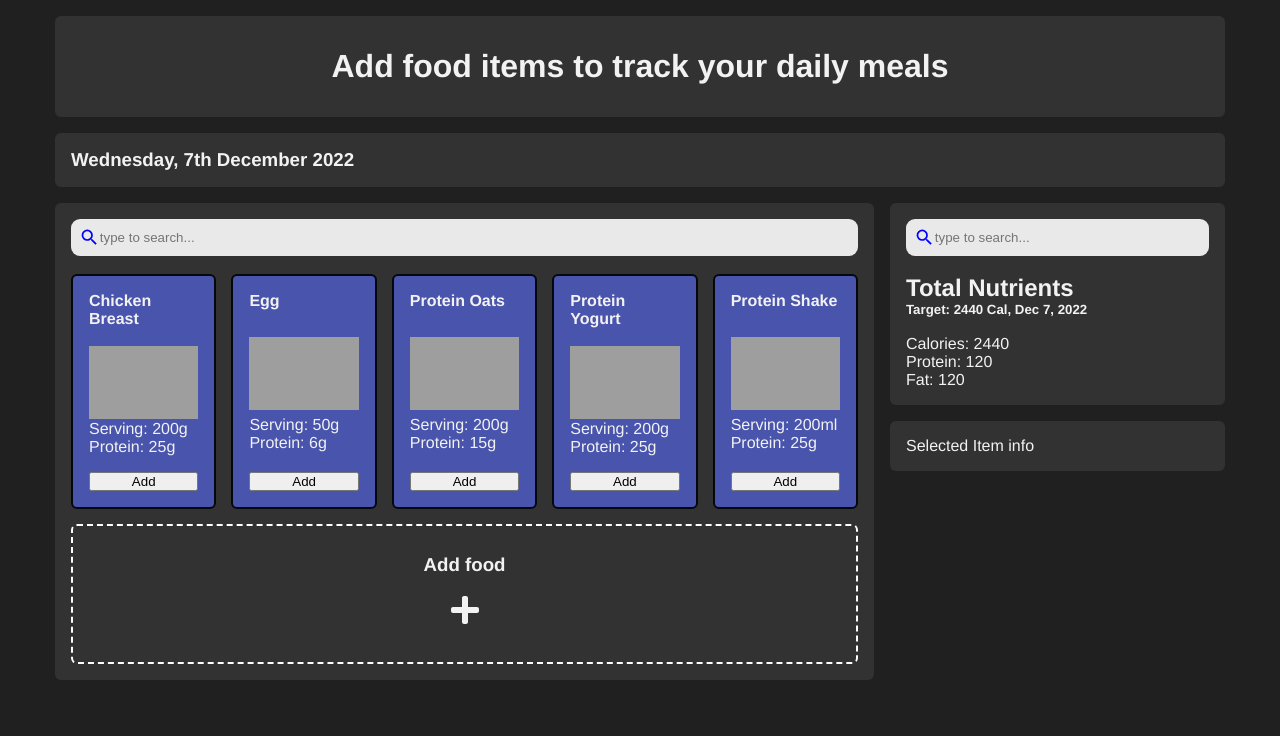
Repository: CEEPREL/NutritionTracker
Page: /
An editor plug-in stored every save of this project. The page is shown before and after the next save, followed by the edit.
The browser window is 1280 px wide. The pictures show the whole page.
Pictures or frames that could not be fetched are drawn as grey boxes. The project was rebuilt for these pictures with package versions that can differ from the ones it lists, and the page was loaded fresh each time. Also part of the build but not shown: vite.config.js.

Above is the page before, as saved 2022-12-08 20:09:40.

### public/index.html
<!DOCTYPE html>
<html lang="en">

<head>
  <meta charset="utf-8" />
  <link rel="icon" href="%PUBLIC_URL%/favicon.ico" />
  <meta name="viewport" content="width=device-width, initial-scale=1" />
  <meta name="theme-color" content="#000000" />
  <meta name="description" content="Web site created using create-react-app" />
  <link rel="apple-touch-icon" href="%PUBLIC_URL%/logo192.png" />
  <!--
      manifest.json provides metadata used when your web app is installed on a
      user's mobile device or desktop. See https://developers.google.com/web/fundamentals/web-app-manifest/
    -->
  <link rel="manifest" href="%PUBLIC_URL%/manifest.json" />
  <!--
      Notice the use of %PUBLIC_URL% in the tags above.
      It will be replaced with the URL of the `public` folder during the build.
      Only files inside the `public` folder can be referenced from the HTML.

      Unlike "/favicon.ico" or "favicon.ico", "%PUBLIC_URL%/favicon.ico" will
      work correctly both with client-side routing and a non-root public URL.
      Learn how to configure a non-root public URL by running `npm run build`.
    -->
  <title>React App</title>
  <!-- CSS only
  <link href="https://cdn.jsdelivr.net/npm/bootstrap@5.2.3/dist/css/bootstrap.min.css" rel="stylesheet"
    integrity="sha384-rbsA2VBKQhggwzxH7pPCaAqO46MgnOM80zW1RWuH61DGLwZJEdK2Kadq2F9CUG65" crossorigin="anonymous"> -->

</head>

<body>
  <noscript>You need to enable JavaScript to run this app.</noscript>
  <div id="root"></div>

  <!-- JavaScript Bundle with Popper -->
  <!-- <script src="https://cdn.jsdelivr.net/npm/bootstrap@5.2.3/dist/js/bootstrap.bundle.min.js"
    integrity="sha384-kenU1KFdBIe4zVF0s0G1M5b4hcpxyD9F7jL+jjXkk+Q2h455rYXK/7HAuoJl+0I4"
    crossorigin="anonymous"></script> -->

</body>

</html>

### src/App.js
/* eslint-disable jsx-a11y/img-redundant-alt */
import React, { useState, useEffect } from 'react';
import './App.css';
import './styles/searchFood.css';
import data from './data';

import CalculateNutrients from './components/CalculateNutrients';
import FoodList from './components/FoodList';
import Header from './components/Header';

const App = () => {

  //   const [foods, setFoods] = useState([
  //     {
  //         name: "Chicken Breast",
  //         size: "200g",
  //         protein: "25g",
  //         category: "lunch"
  //     }, {
  //         name: "Egg",
  //         size: "50g",
  //         protein: "6g",
  //         category: "breakfast"
  //     }, {
  //         name: "Protein Oats",
  //         size: "200g",
  //         protein: "15g",
  //         category: "breakfast"
  //     }, {
  //         name: "Protein Yogurt",
  //         size: "200g",
  //         protein: "25g",
  //         category: "breakfast"
  //     }, {
  //         name: "Protein Shake",
  //         size: "200ml",
  //         protein: "25g",
  //         category: "lunch"
  //     }
  //  ]);

  const { food_data } = data;
  return (
    <div className="container">
      <Header />

      <div className="wrapper-card">
        <h3>Wednesday, 7th December 2022</h3>
      </div>

      <div className="row">

        <div className="col-left">
          <div className="wrapper-card">
            <FoodList food_data={food_data} />
          </div>
        </div>

        <div className="col-right">
          <div className="wrapper-card">
            <CalculateNutrients />
          </div>

          <div className="wrapper-card">
            Selected Item info
          </div>

        </div>

      </div>

    </div>
  );
}



export default App;

### src/App.css
* {
  margin: 0;
  padding: 0;
  box-sizing: border-box;
}

code {
  font-family: source-code-pro, Menlo, Monaco, Consolas, 'Courier New',
    monospace;
}

body {
  font-family: 'Helvetica', BlinkMacSystemFont, 'Segoe UI', 'Roboto', 'Oxygen',
    'Ubuntu', 'Cantarell', 'Fira Sans', 'Droid Sans', 'Helvetica Neue',
    sans-serif;
  -webkit-font-smoothing: antialiased;
  -moz-osx-font-smoothing: grayscale;
  background: #202020;
  color: #F2F2F2;
}

.container {
  max-width: 1200px;
  justify-content: center;
  align-items: center;
  margin-left: auto;
  margin-right: auto;
  margin-top: 1rem;
  padding-right: 15px;
  padding-left: 15px;
  min-height: 100vh;
}

.header {
  padding: 2rem;
  background-color:  #323232;
  display: flex;
  flex-direction: column;
  align-items: center;
  justify-content: center;
  margin-bottom: 1rem;
  border-radius: 6px;
}

.col-left{
  float: left;
  width: 70%;
}

.col-right{
  float: left;
  width: 30%;
  padding-left: 1rem;
}

.wrapper-card {
  background-color: #323232;
  padding: 1rem;
  border-radius: 6px;
  margin-bottom: 1rem;
}

.foodList {
  display: flex;
  flex-wrap: wrap;
  gap:15px;

  /* display: grid;
  grid-gap: 1rem;
  grid-template-columns: repeat(auto-fill, minmax(180px, 1fr)); */
}

.food-card {
  min-height:8rem;
  min-width:9rem;

  border-radius: 6px;
  background-color: #4954ad;
  border: 2px solid rgb(4, 7, 12);
  padding: 1rem;

  display: flex;
  flex-direction: column;
  align-items: left;
  justify-content: space-between;
  flex: 0.5;
  cursor: pointer;

}

.food-nutrients {
  padding-top: 0.1rem;
  padding-bottom: 1rem;
}
.new-card{
  min-height:140px;
  min-width:  18rem;
  border-radius: 6px;
  border: 2px dashed rgb(255, 255, 255);
  padding: 1rem;

  display: flex;
  flex-direction: column;
  align-items: center;
  justify-content: center;
  flex: 1;
  cursor: pointer;
}

@media screen and (max-width: 960px) {
  .col-left, .col-right {
    width: 100%;
    padding: 0;
  }
}


/* Clear floats after the columns
.row:after {
  content: "";
  display: table;
  clear: both;
} */

### src/styles/searchFood.css
.searchFood {
    padding: 0.5rem;
    background-color:  #323232;
    display: flex;
    align-items: center;
    background-color: rgb(233,233,233);
    border-radius: 9px;

  }
  .searchFood input {
    border: none;
    background-color: rgb(233,233,233);

  }

  .searchFood input:focus {
    outline: none;
  }

### src/data.js

const data = {

    food_data: [
        {
            id: '1',
            name: "Chicken Breast",
            size: "200g",
            protein: "25g",
            category: "lunch",
            image: 'https://picsum.photos/id/190/2400/1600/'
        }, {
            id: '2',
            name: "Egg",
            size: "50g",
            protein: "6g",
            category: "breakfast",
            image: 'https://picsum.photos/id/170/2400/1600/'
        }, {
            id: '3',
            name: "Protein Oats",
            size: "200g",
            protein: "15g",
            category: "breakfast",
            image: 'https://picsum.photos/id/180/2400/1600/'
        }, {
            id: '4',
            name: "Protein Yogurt",
            size: "200g",
            protein: "25g",
            category: "breakfast",
            image: 'https://picsum.photos/id/170/2400/1600/'
        }, {
            id: '5',
            name: "Protein Shake",
            size: "200ml",
            protein: "25g",
            category: "lunch",
            image: 'https://picsum.photos/id/130/2400/1600/'
        }
    ],
};

export default data;

### src/components/CalculateNutrients.js
import React from 'react'
import SearchFood from './SearchFood'

function CalculateNutrients() {
  return (
    <div className="calculateNutrients">
      <SearchFood/>
      <br></br>
      <h2>Total Nutrients</h2>
      <h5>Target: 2440 Cal, Dec 7, 2022</h5>
      <br></br>
      <p>Calories: 2440</p>
      <p>Protein: 120</p>
      <p>Fat: 120</p>
    </div>
  )
}

export default CalculateNutrients

### src/components/FoodList.js
import { FaPlus } from 'react-icons/fa';
import Food from './Food';
import SearchFood from './SearchFood';

const FoodList = ({ food_data }) => {
    return (
        <div>
            <SearchFood />
            <br></br>

            <div className="foodList">
                {food_data.map((food) =>
                    <Food
                        key={food.id}
                        name={food.name}
                        size={food.size}
                        protein={food.protein}
                        image={food.image}
                    />
                )}

                {/*
                <Food name="Salad" serving="300g" protein="4g" />
                <Food name="Chicken" serving="500g" protein="21g" />
                <Food name="Peanut Butter" serving="30g" protein="6g" />
                <Food name="Peanut Butter" serving="30g" protein="6g" />
                <Food name="Peanut Butter" serving="30g" protein="6g" />
                <Food />
                */}
                <div className="new-card">
                    <h3>Add food </h3><br></br>
                    <h1><FaPlus /></h1>

                </div>
            </div>
        </div>

    )
}

export default FoodList

### src/components/Header.js
import React from 'react'
import SearchFood from './SearchFood'

function Header(props) {
    return (

        <div className="header">
            <h1>Add food items to track your daily meals</h1>
        </div>

    )
}

export default Header

### src/components/SearchFood.js
import React from 'react'
import { MdSearch } from 'react-icons/md'

function SearchFood() {
    return (
        <div className="searchFood">
            <MdSearch className="search-icons" size="1.3em" color="blue"/>
            <input
                // onChange={(event) => handleSearchNote(event.target.value)}
                type="text"
                placeholder="type to search...">

            </input>
        </div>
    )
}

export default SearchFood

### src/components/Food.js
import React from 'react'

const Food = ({ id, name, size, protein, image }) => {
    return (
        <div className="food-card">

            <h4><strong>{name}</strong></h4>
            <br></br>
            <img className="small" src={image} alt={name}></img>
            <div className="food-nutrients">
                <p>Serving: {size}</p>
                <p>Protein: {protein}</p>
            </div>
            <button>Add</button>

        </div>
    )
}

Food.defaultProps = {
    name: "Enter Food",
    serving: "0g",
    protein: "0g"
}

export default Food

Loaded but not shown: src/index.js (common file)

After the next save:
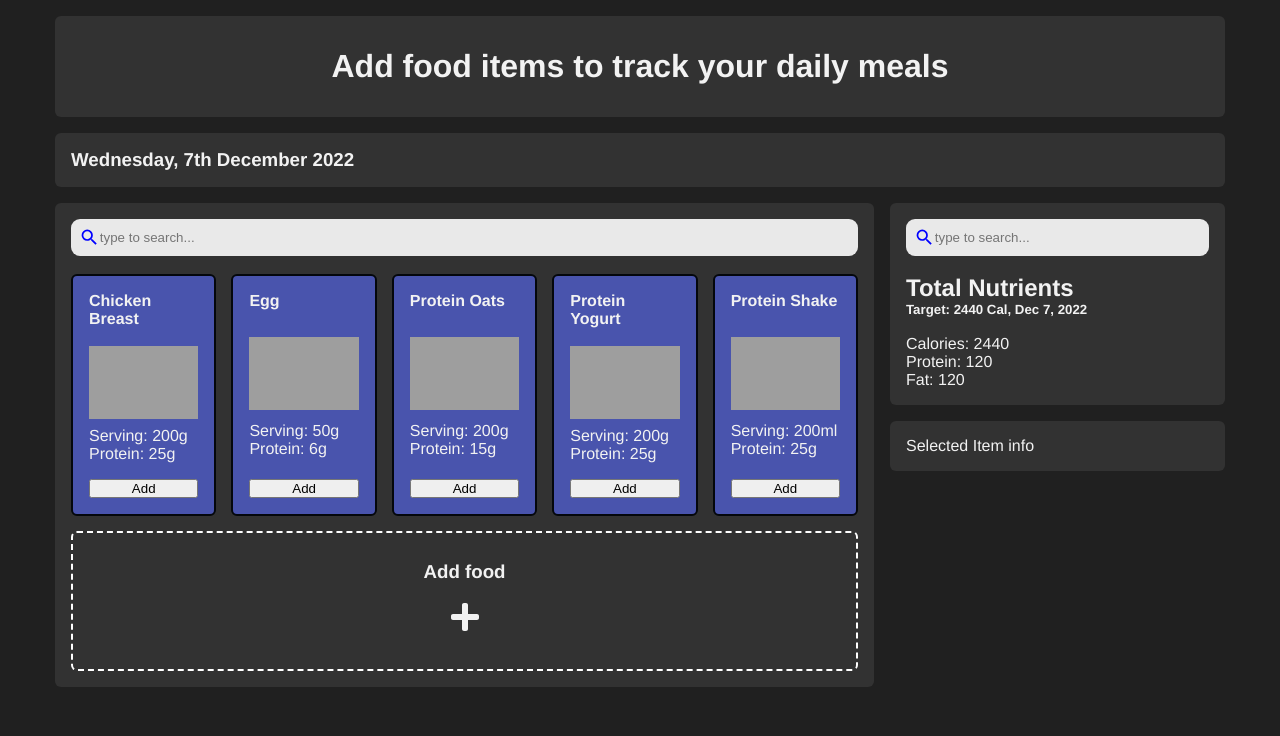
Saved 5 s later.
--- a/src/App.css
+++ b/src/App.css
@@ -89,7 +89,7 @@ body {
 }
 
 .food-nutrients {
-  padding-top: 0.1rem;
+  padding-top: 0.5rem;
   padding-bottom: 1rem;
 }
 .new-card{
